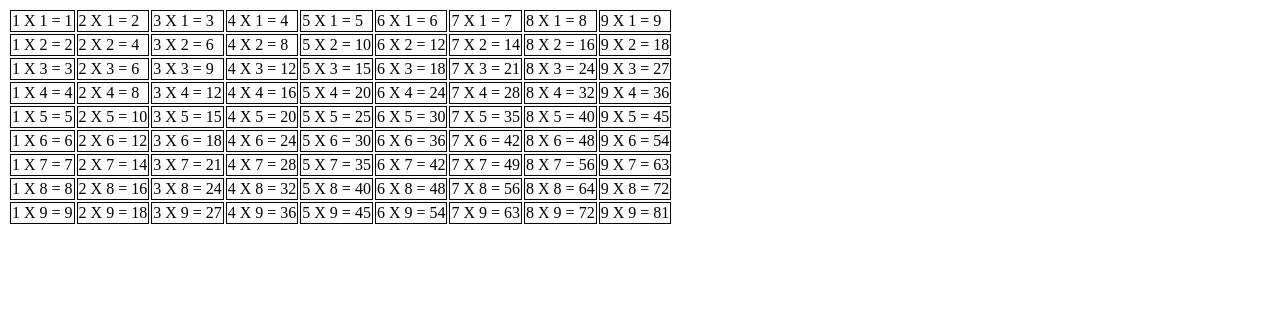
Repository: dhwngjs01/3-1_Spring_Server_Programming
Page: http://localhost/20230314_1to10/gugudan
An editor plug-in stored every save of this project. The page is shown before and after a run of saves, followed by the edit.
The browser window is 1280 px wide. The pictures show the whole page.
The page is served by Tomcat 9. Other server files are loaded and not shown.

Above is the page before, as saved 2023-03-14 05:43:27.

### 20230314_1to10/src/main/webapp/WEB-INF/views/gugudan.jsp
<%@ taglib uri="http://java.sun.com/jsp/jstl/core" prefix="c" %>
<%@ page session="false" contentType="text/html; charset=utf-8" %>
<html>
<head>
	<title>1to10</title>
</head>
<body>
	<table>
		<tbody>
			<% for(int i = 1; i <= 9; i++){ %>
			<tr>
				<% for(int j = 1; j <= 9; j++){ %>
				<td style="border:1px solid black"><%= j %> X <%= i %> = <%= i*j %></td>
				<% } %>
			</tr>
			<% } %>

		</tbody>
	</table>
</body>
</html>

After the next 2 saves:
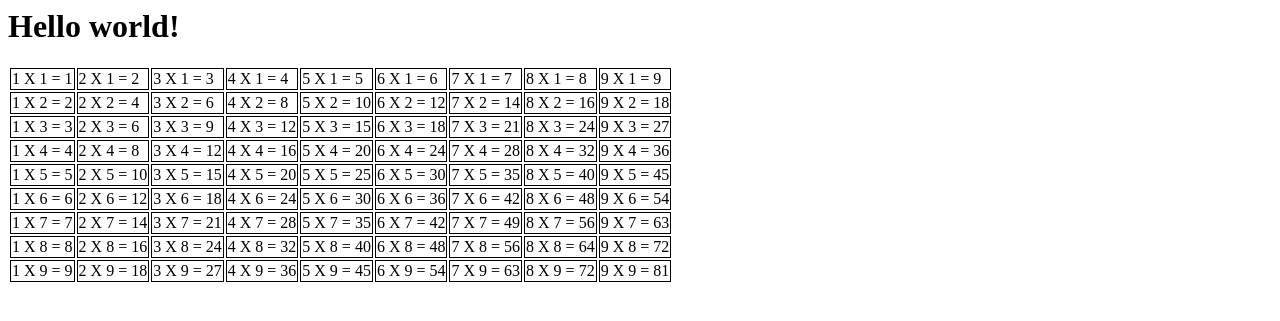
The 2 saves are shown as one change because they came seconds apart.
The last was saved 24 s later.
--- a/20230314_1to10/src/main/webapp/WEB-INF/views/gugudan.jsp
+++ b/20230314_1to10/src/main/webapp/WEB-INF/views/gugudan.jsp
@@ -5,6 +5,8 @@
 	<title>1to10</title>
 </head>
 <body>
+	<h1>Hello world!</h1>
+
 	<table>
 		<tbody>
 			<% for(int i = 1; i <= 9; i++){ %>
